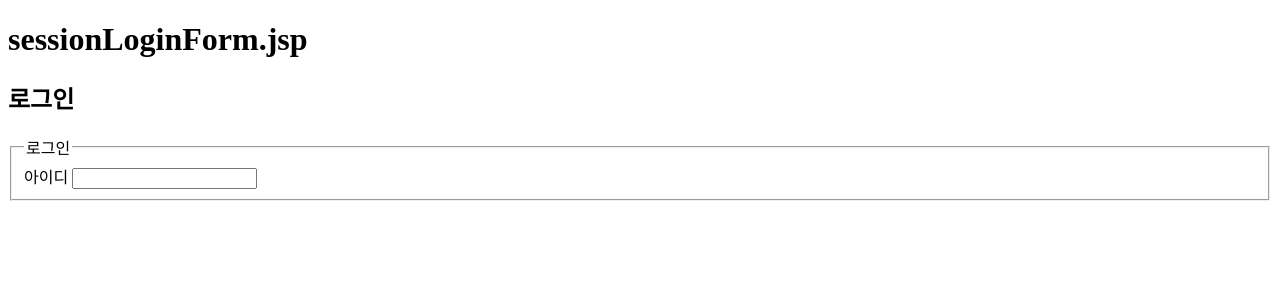
Repository: HeeYoung9/young9
Page: http://localhost/JSP7/jsp/sessionLoginForm.jsp
The author's editor kept a copy of each file at every save. The page is drawn from the files as they stood at one save, then again after the next save.
The browser window is 1280 px wide. The pictures show the whole page.
The page is served by Tomcat 9.

Above is the page before, as saved 2023-08-24 05:25:11.

After the next save:
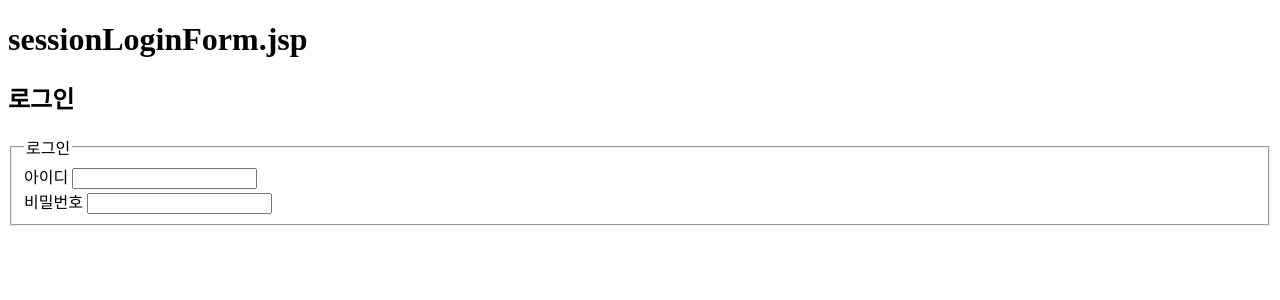
Saved 28 s later.
--- a/JSP7/src/main/webapp/jsp/sessionLoginForm.jsp
+++ b/JSP7/src/main/webapp/jsp/sessionLoginForm.jsp
@@ -14,6 +14,8 @@
 <legend>로그인</legend>
 <form action="sessionLoginPro.jsp" method="get" name="lg">
  아이디 <input type="text" name="id"> <br>
+ 비밀번호 <input type="password" name="pw"> <br>
+
 
 </form>
 </fieldset>
